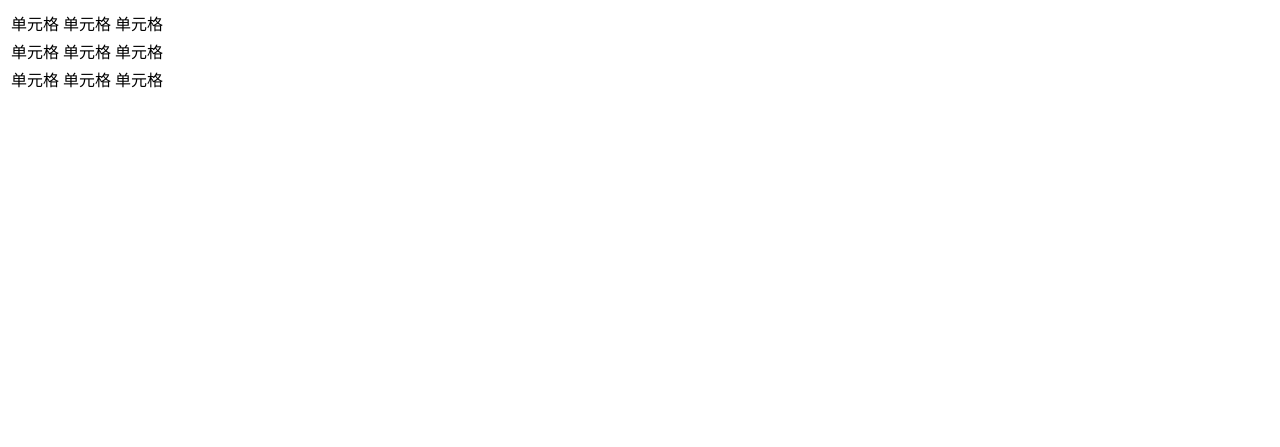
Repository: yuanliumaker/html-css-js
Page: css/表格属性.html
These files come from the project's save history. The page is drawn as it stood at one moment and after the next save; the edit follows.
The browser window is 1280 px wide. The pictures show the whole page.

Above is the page before, as saved 2025-08-31 15:28:09.

### css/表格属性.html
<!DOCTYPE html>
<html lang="en">
<head>
    <meta charset="UTF-8">
    <meta name="viewport" content="width=device-width, initial-scale=1.0">
    <title>Document</title>
</head>
<body>
    <table>
        <tr>
            <td>单元格</td>
            <td>单元格</td>
            <td>单元格</td>
        </tr>
        <tr>
            <td>单元格</td>
            <td>单元格</td>
            <td>单元格</td>
        </tr>
        <tr>
            <td>单元格</td>
            <td>单元格</td>
            <td>单元格</td>
        </tr>
    </table>
</body>
</html>

After the next save:
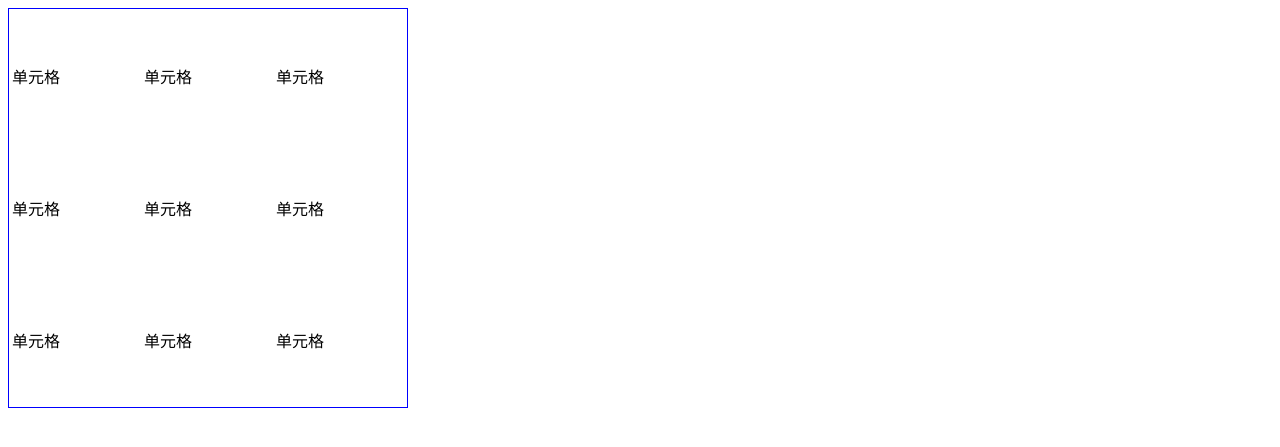
Saved 2 min 42 s later.
--- a/css/表格属性.html
+++ b/css/表格属性.html
@@ -4,6 +4,14 @@
     <meta charset="UTF-8">
     <meta name="viewport" content="width=device-width, initial-scale=1.0">
     <title>Document</title>
+    <style>
+        table{
+            /* 设置表格的宽度 高度 边框的粗细以及颜色 */
+            width:400px;
+            height:400px;
+            border:1px solid blue;
+        }
+    </style>
 </head>
 <body>
     <table>
